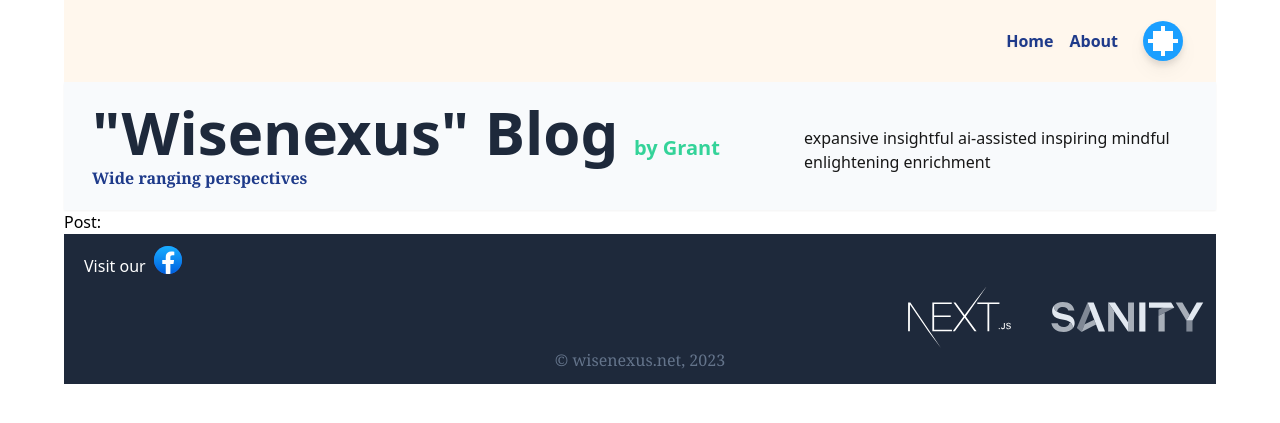
Repository: gpgundersen/sanity3-nextjs13-blog
Page: /post
These files come from the project's save history. The page is drawn as it stood at one moment and after the next save; the edit follows.
The browser window is 1280 px wide. The pictures show the whole page.
The project was rebuilt for these pictures with package versions that can differ from the ones it lists, and the page was loaded fresh each time. The framework's server and built-in components were replaced by stand-ins that run in the browser. Also part of the build but not shown: next.config.js.

Above is the page before, as saved 2023-02-05 16:41:11.

After the next save:
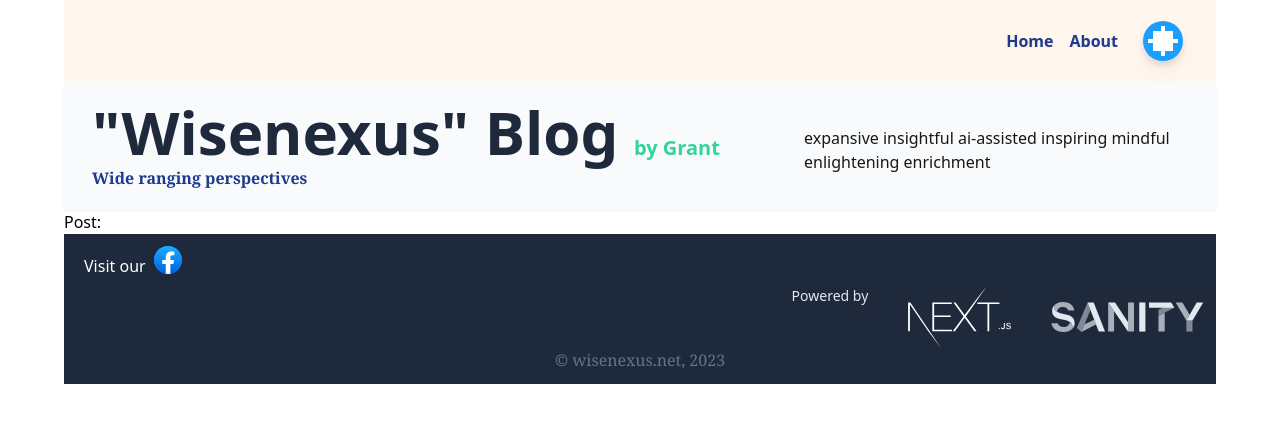
Saved 2 min 0 s later.
--- a/components/Footer.tsx
+++ b/components/Footer.tsx
@@ -8,7 +8,8 @@
         <div className="flex justify-start">
             <p className="text-white m-2 font-light">Visit our</p><FbIcon />
         </div>
-        <div className="flex justify-end space-x-10"><NextJsIcon /><SanityIcon /></div>
+        <div className="flex justify-end space-x-10">
+          <p className="text-sm">Powered by</p><NextJsIcon /><SanityIcon /></div>
        <h6 className="font-serif text-slate-500 text-center">© wisenexus.net, 2023</h6>
       </div>
     </div>
